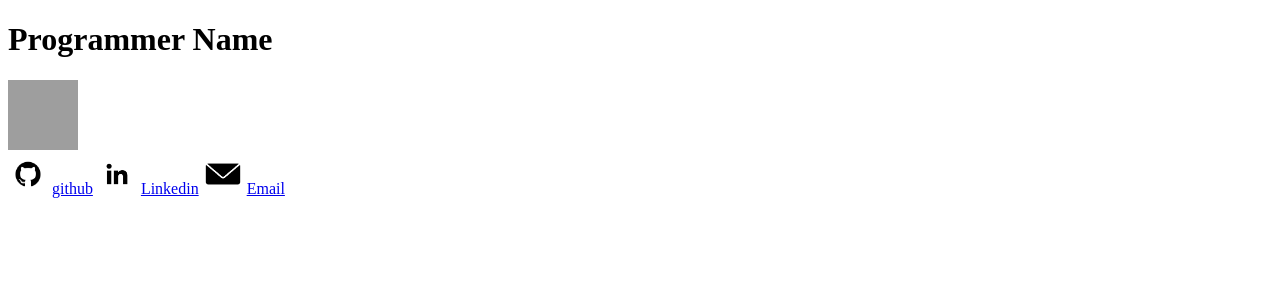
Repository: Fredy452/Fundamentos_de_la_Web
Page: Trabajos/Portafolio/index.html
An editor plug-in stored every save of this project. The page is shown before and after the next save, followed by the edit.
The browser window is 1280 px wide. The pictures show the whole page.
Pictures or frames that could not be fetched are drawn as grey boxes.

Above is the page before, as saved 2023-06-14 21:03:57.

After the next save:
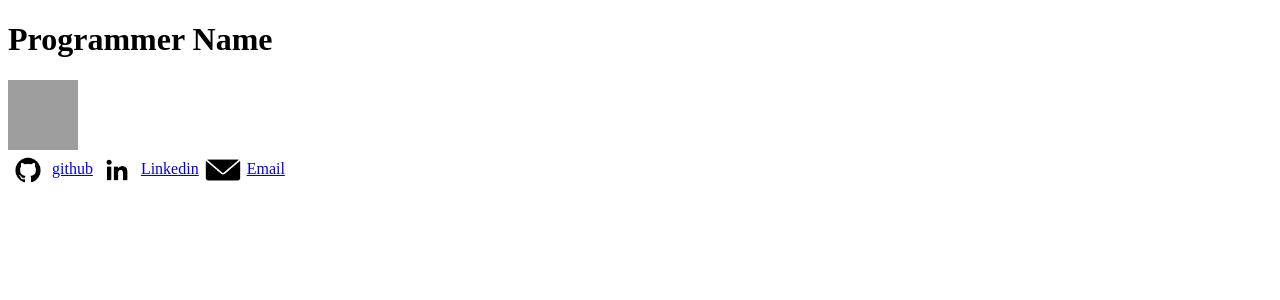
Saved 24 s later.
--- a/Trabajos/Portafolio/css/style.css
+++ b/Trabajos/Portafolio/css/style.css
@@ -2,4 +2,5 @@ img{
     width: 40px;
     height: 40px;
     display: inline-block;
+    vertical-align: middle;
 }
